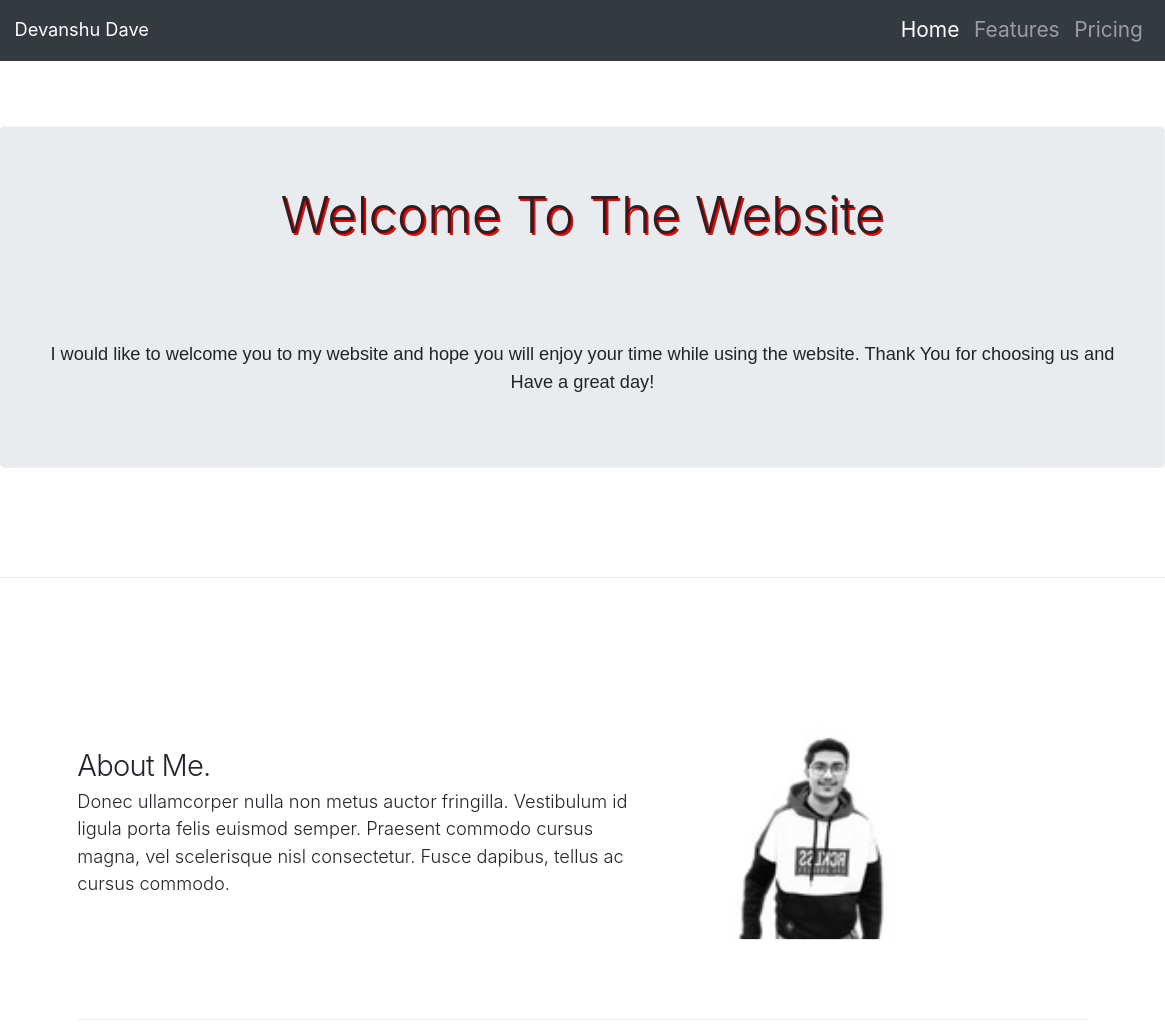
Repository: devanshudave1901/Mobile-Dev-Website
Page: index.html
An editor plug-in stored every save of this project. The page is shown before and after the next save, followed by the edit.
The browser window is 1280 px wide. The pictures show the whole page, at 91% of full size.
Some web libraries are served in a nearby version.

Above is the page before, as saved 2022-10-05 00:59:00.

After the next save:
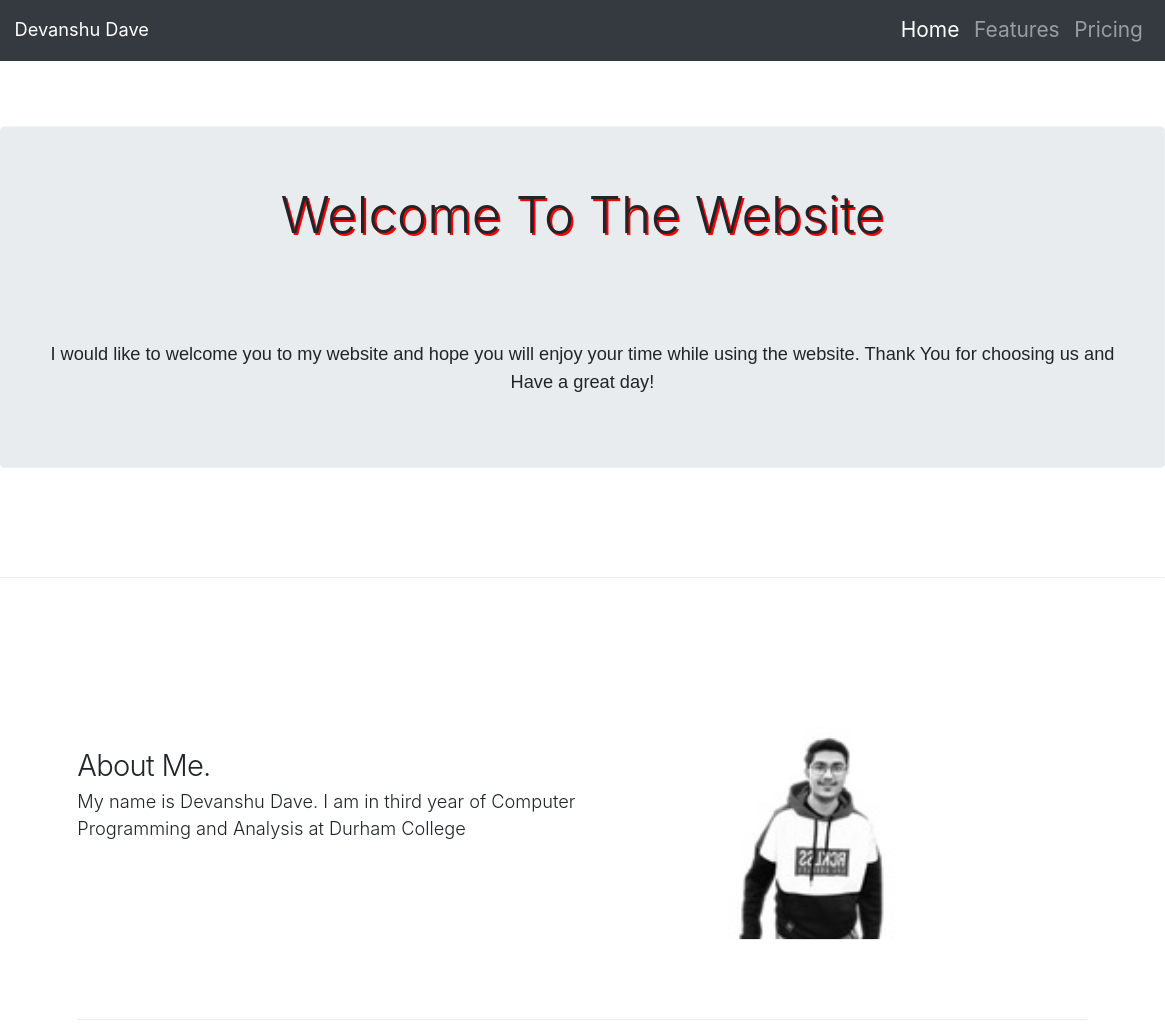
Saved 45 s later.
--- a/index.html
+++ b/index.html
@@ -101,10 +101,8 @@
         <div class="col-md-7">
           <h2 class="featurette-heading">About Me.</h2>
           <p class="lead">
-            Donec ullamcorper nulla non metus auctor fringilla. Vestibulum id
-            ligula porta felis euismod semper. Praesent commodo cursus magna,
-            vel scelerisque nisl consectetur. Fusce dapibus, tellus ac cursus
-            commodo.
+            My name is Devanshu Dave. I am in third year of Computer Programming
+            and Analysis at Durham College
           </p>
         </div>
         <div class="col-md-5">
